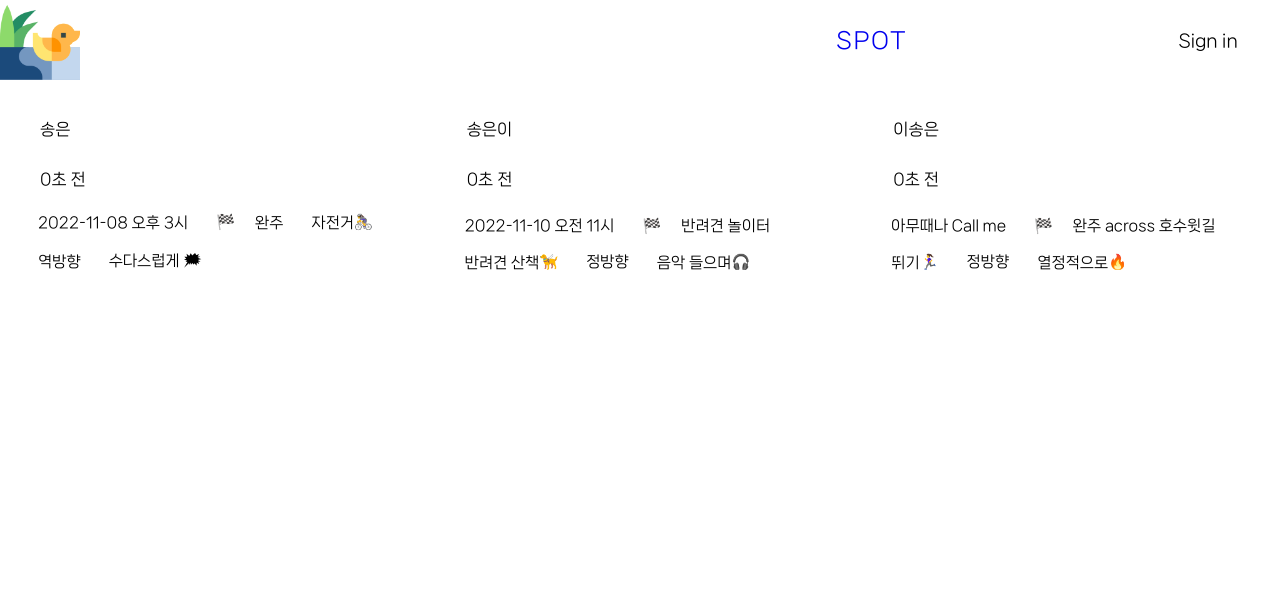
Repository: songeunleee/youngrangho
Page: /
These files come from the project's save history. The page is drawn as it stood at one moment and after the next save; the edit follows.
The browser window is 1280 px wide. The pictures show the whole page.
Some web libraries are served in a nearby version. The project was rebuilt for these pictures with package versions that can differ from the ones it lists, and the page was loaded fresh each time. Some packages were replaced by stand-ins written for this rebuild. Also part of the build but not shown: src/app.module.css, src/components/activity/activity.module.css, src/components/footer/footer.module.css, src/components/footer/footer.jsx, src/components/home/home.module.css, src/components/home/home.jsx, src/components/add_spot/add_spot.module.css, src/components/add_spot/add_spot.jsx and 6 more.

Above is the page before, as saved 2022-11-08 07:13:21.

After the next save:
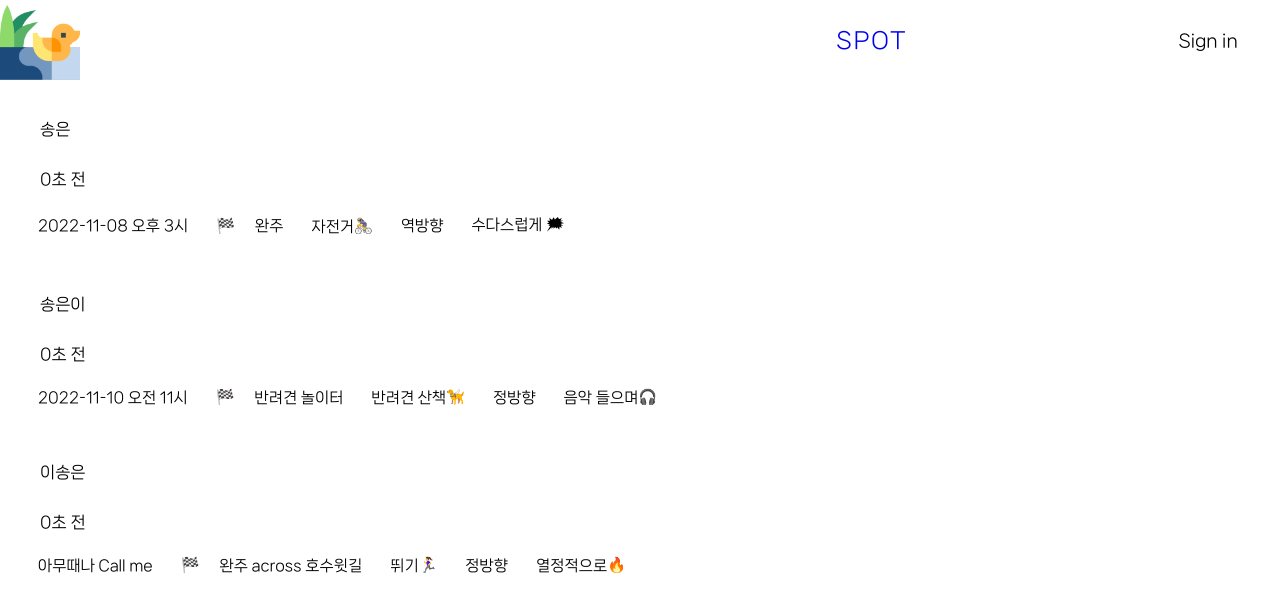
Saved 9 s later.
--- a/src/components/activity_item/activity_item.module.css
+++ b/src/components/activity_item/activity_item.module.css
@@ -10,7 +10,7 @@
   border: 1px mainLightBlue solid;
   margin: 0.5rem 1rem;
   padding: 0.5rem 0.5rem;
-  flex: 1;
+
   height: auto;
   border-radius: 18px;
 }

After the save that followed:
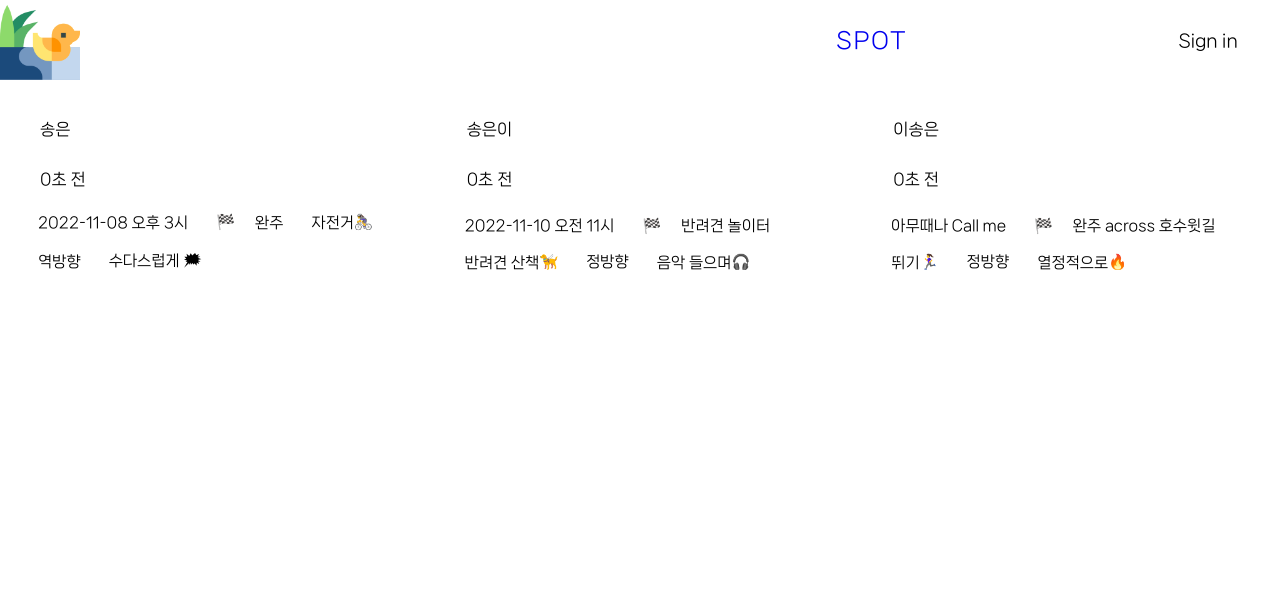
Saved 4 s later.
--- a/src/components/activity_item/activity_item.module.css
+++ b/src/components/activity_item/activity_item.module.css
@@ -10,7 +10,7 @@
   border: 1px mainLightBlue solid;
   margin: 0.5rem 1rem;
   padding: 0.5rem 0.5rem;
-
+  flex: 1;
   height: auto;
   border-radius: 18px;
 }
